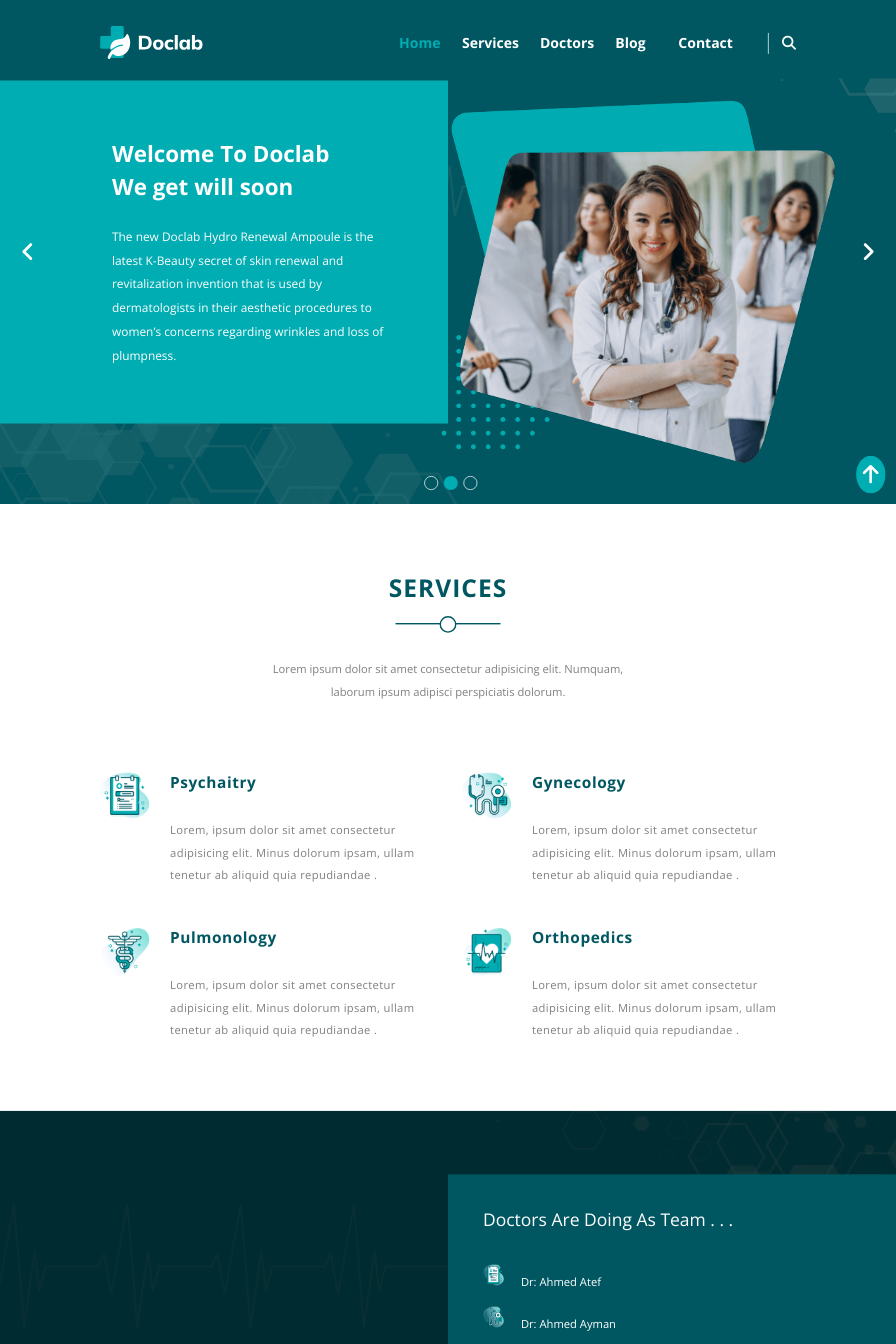
Repository: Ahmed123rezk123/Clinic
Page: index.html
An editor plug-in stored every save of this project. The page is shown before and after the next save, followed by the edit.
The browser window is 1280 px wide. The pictures show the part of the page from y = 0 to 1920 px (the page is 5771 px tall), at 70% of full size.
Some web fonts or font styles are not loaded; a fallback is used.

Above is the page before, as saved 2024-04-25 23:05:22.

After the next save:
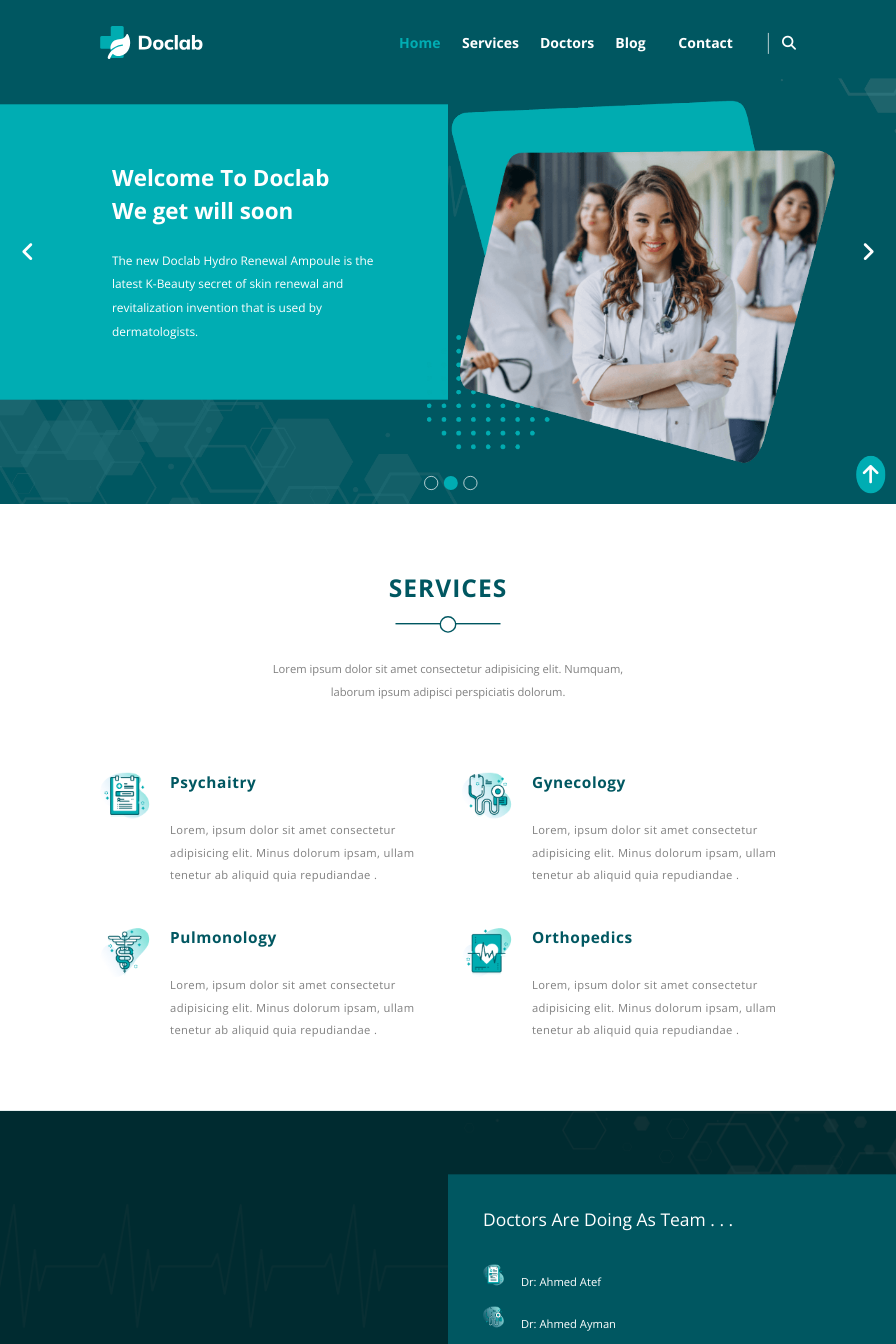
Saved 12 s later.
--- a/index.html
+++ b/index.html
@@ -52,7 +52,7 @@
               We get will soon
             </h2>
             <p>
-              The new Doclab Hydro Renewal Ampoule is the latest K-Beauty secret of skin renewal and revitalization invention that is used by dermatologists in their aesthetic procedures to women’s concerns regarding wrinkles and loss of plumpness.
+              The new Doclab Hydro Renewal Ampoule is the latest K-Beauty secret of skin renewal and revitalization invention that is used by dermatologists.
             </p>
           </div>
         </div>
